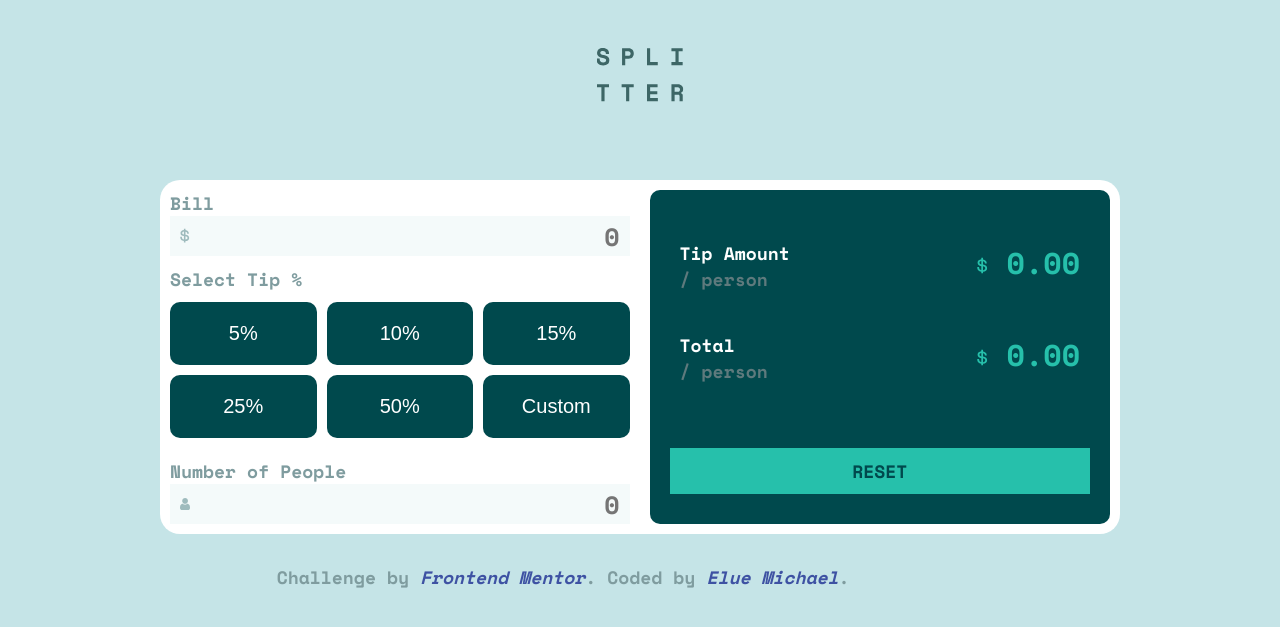
Repository: MeekyBerry/Frontend-Mentor-Challenges
Page: tip-calculator-app/index.html
The author's editor kept a copy of each file at every save. The page is drawn from the files as they stood at one save, then again after the next save.
The browser window is 1280 px wide. The pictures show the whole page.

Above is the page before, as saved 2023-03-28 03:49:21.

After the next save:
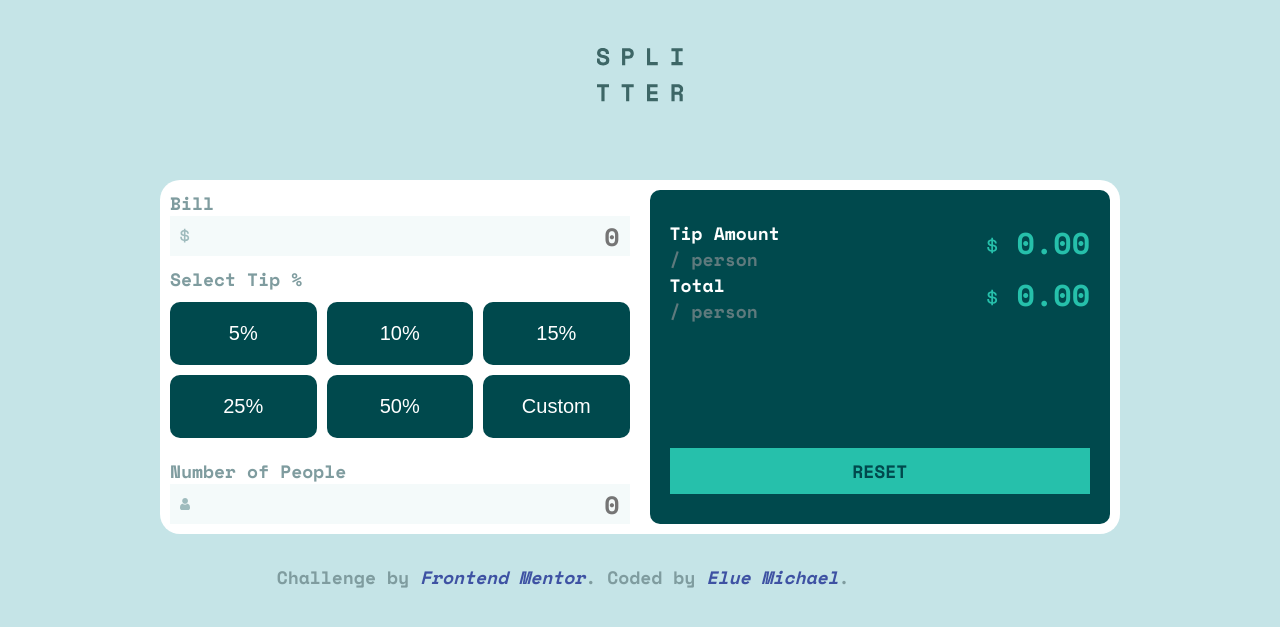
Saved 33 s later.
--- a/tip-calculator-app/css/style.css
+++ b/tip-calculator-app/css/style.css
@@ -189,7 +189,7 @@
 .amount {
   display: flex;
   justify-content: space-between;
-  padding: 2rem 1rem;
+  /* padding: 2rem 1rem; */
 }
 
 p {

After the save that followed:
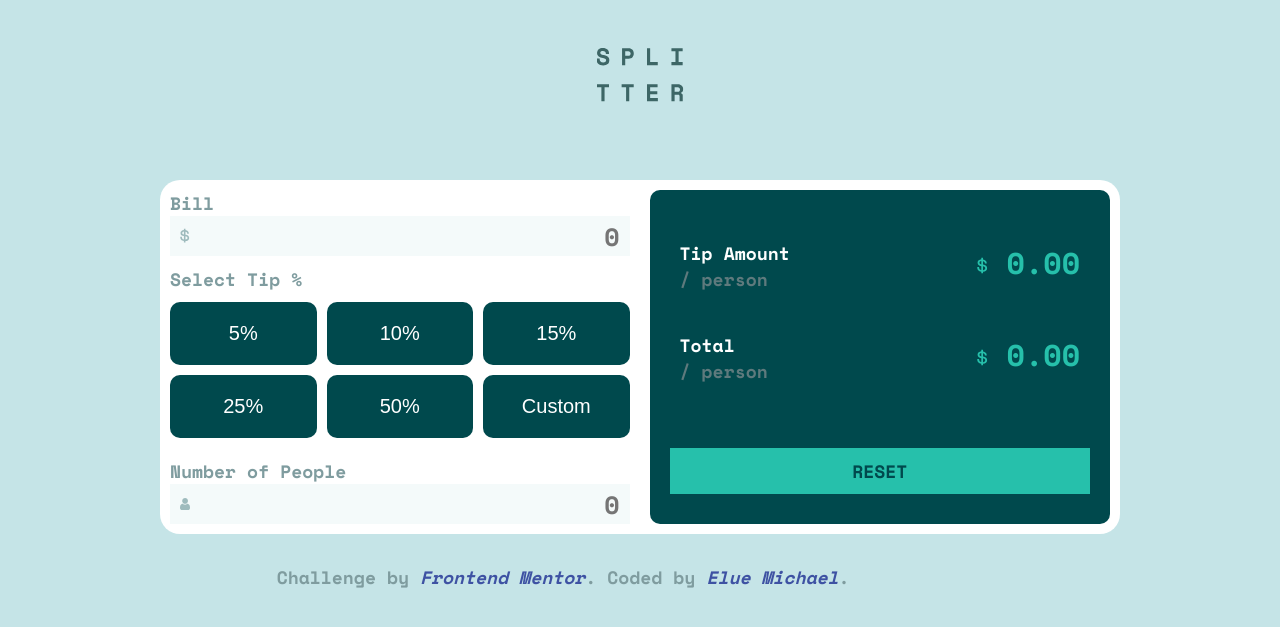
Saved 4 s later.
--- a/tip-calculator-app/css/style.css
+++ b/tip-calculator-app/css/style.css
@@ -189,7 +189,7 @@
 .amount {
   display: flex;
   justify-content: space-between;
-  /* padding: 2rem 1rem; */
+  padding: 2rem 1rem;
 }
 
 p {
